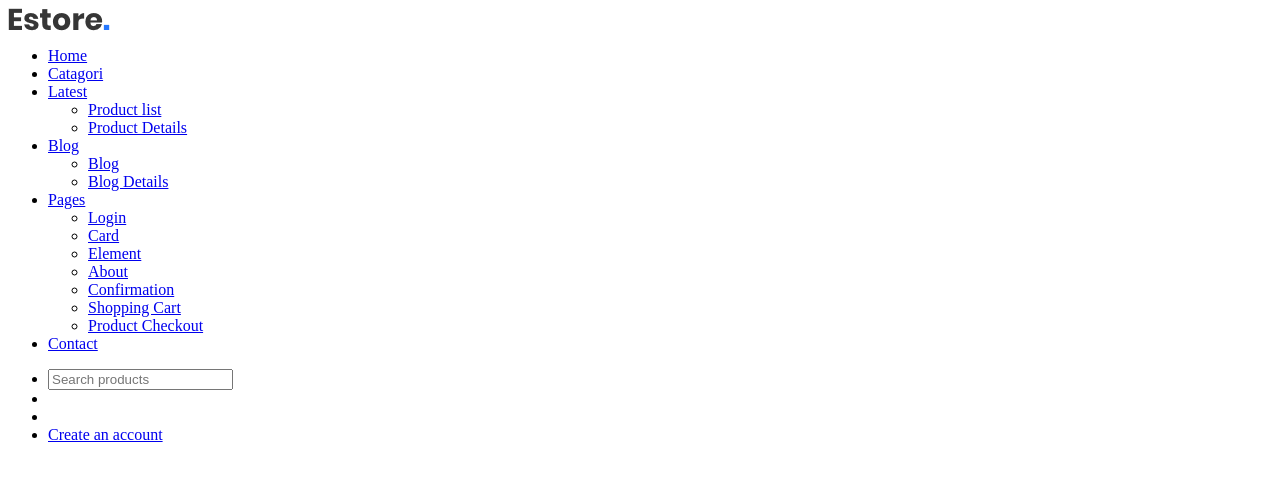
Repository: tuanloc782004/Estore-Bookshop-Website
Page: http://localhost/auth/layout/header
These files come from the project's save history. The page is drawn as it stood at one moment and after the next save; the edit follows.
The browser window is 1280 px wide. The pictures show the whole page.
The page is this project's Thymeleaf template; nobody is signed in. The template is opened directly, without the code that normally fills it, so the values that code supplies are empty.

Above is the page before, as saved 2024-10-26 03:33:22.

### myscp/src/main/resources/templates/auth/layout/header.html
<header th:fragment="header">
	<!-- Header Start -->
	<div class="header-area">
		<div class="main-header ">
			<div class="header-bottom  header-sticky">
				<div class="container-fluid">
					<div class="row align-items-center">
						<!-- Logo -->
						<div class="col-xl-1 col-lg-1 col-md-1 col-sm-3">
							<div class="logo">
								<a href="index.html"><img th:src="@{/assets/img/logo/logo.png}"
									alt=""></a>
							</div>
						</div>
						<div class="col-xl-6 col-lg-8 col-md-7 col-sm-5">
							<!-- Main-menu -->
							<div class="main-menu f-right d-none d-lg-block">
								<nav>
									<ul id="navigation">
										<li><a href="index.html">Home</a></li>
										<li><a href="Catagori.html">Catagori</a></li>
										<li class="hot"><a href="#">Latest</a>
											<ul class="submenu">
												<li><a href="product_list.html"> Product list</a></li>
												<li><a href="single-product.html"> Product Details</a></li>
											</ul></li>
										<li><a href="blog.html">Blog</a>
											<ul class="submenu">
												<li><a href="blog.html">Blog</a></li>
												<li><a href="single-blog.html">Blog Details</a></li>
											</ul></li>
										<li><a href="#">Pages</a>
											<ul class="submenu">
												<li><a href="login.html">Login</a></li>
												<li><a href="cart.html">Card</a></li>
												<li><a href="elements.html">Element</a></li>
												<li><a href="about.html">About</a></li>
												<li><a href="confirmation.html">Confirmation</a></li>
												<li><a href="cart.html">Shopping Cart</a></li>
												<li><a href="checkout.html">Product Checkout</a></li>
											</ul></li>
										<li><a href="contact.html">Contact</a></li>
									</ul>
								</nav>
							</div>
						</div>
						<div class="col-xl-5 col-lg-3 col-md-3 col-sm-3 fix-card">
							<ul
								class="header-right f-right d-none d-lg-block d-flex justify-content-between">
								<li class="d-none d-xl-block">
									<div class="form-box f-right ">
										<input type="text" name="Search" placeholder="Search products">
										<div class="search-icon">
											<i class="fas fa-search special-tag"></i>
										</div>
									</div>
								</li>
								<li class=" d-none d-xl-block">
									<div class="favorit-items">
										<i class="far fa-heart"></i>
									</div>
								</li>
								<li>
									<div class="shopping-card">
										<a href="cart.html"><i class="fas fa-shopping-cart"></i></a>
									</div>
								</li>
								<li class="d-none d-lg-block"><a href="#"
									class="btn header-btn">Create an account</a></li>
							</ul>
						</div>
						<!-- Mobile Menu -->
						<div class="col-12">
							<div class="mobile_menu d-block d-lg-none"></div>
						</div>
					</div>
				</div>
			</div>
		</div>
	</div>
	<!-- Header End -->
</header>

After the next save:
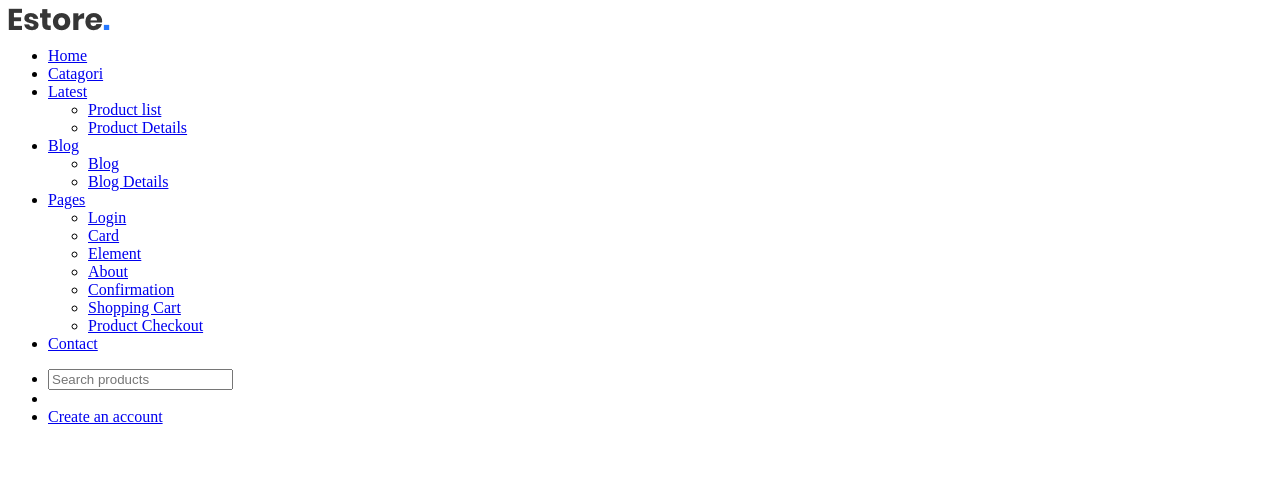
Saved 29 s later.
--- a/myscp/src/main/resources/templates/auth/layout/header.html
+++ b/myscp/src/main/resources/templates/auth/layout/header.html
@@ -55,11 +55,6 @@
 										</div>
 									</div>
 								</li>
-								<li class=" d-none d-xl-block">
-									<div class="favorit-items">
-										<i class="far fa-heart"></i>
-									</div>
-								</li>
 								<li>
 									<div class="shopping-card">
 										<a href="cart.html"><i class="fas fa-shopping-cart"></i></a>
